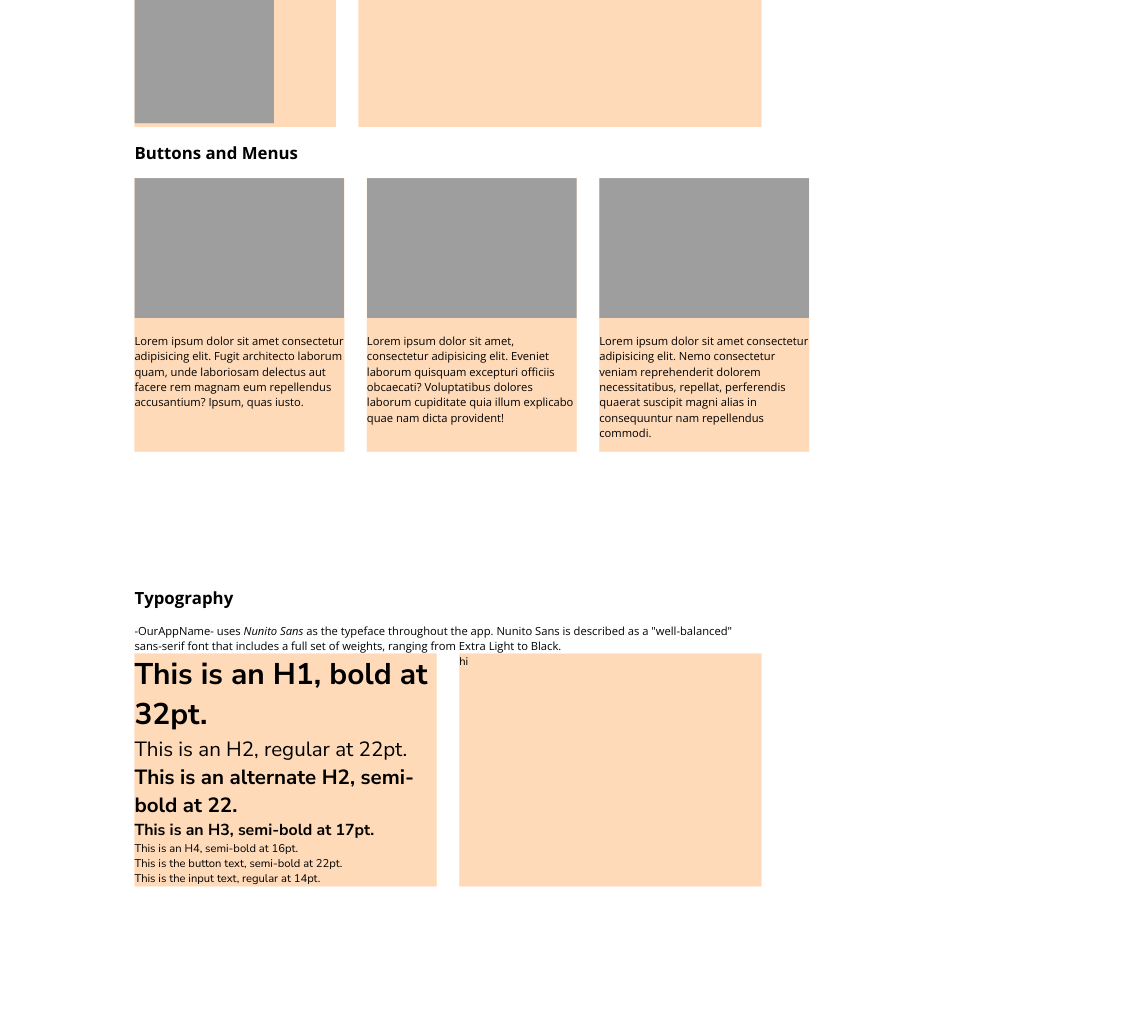
Repository: seohyun9672/Timearth-A6Styleguide
Page: page2.html
An editor plug-in stored every save of this project. The page is shown before and after a run of saves, followed by the edit.
The browser window is 1280 px wide. The page is 1632 px wide, so the pictures cover 1632 px, including what lies to the right of the window. The pictures show the part of the page from y = 979 to 2499 px (the page is 2437 px tall before and 2499 px after), at 70% of full size.
Pictures or frames that could not be fetched are drawn as grey boxes.

Above is the page before, as saved 2022-03-20 19:49:43.

### page2.html
<!DOCTYPE html>
<html lang="en">
  <head>
    <meta charset="UTF-8" />
    <meta http-equiv="X-UA-Compatible" content="IE=edge" />
    <meta name="viewport" content="width=device-width, initial-scale=1.0" />
    <title>Document</title>
    <link rel="stylesheet" href="stylesheet.css" />
  </head>

  <body>
    <ul class="navbar">
      <li><a href="/page1.html">App Name</a></li>
      <div class="navbar-active">
        <li><a href="/page1.html">Logo</a></li>
        <li><a href="/page2.html">Colour & Typography</a></li>
        <li><a href="/page3.html">Imagery & Graphics</a></li>
        <li><a href="/ref.html">Reference</a></li>
      </div>
    </ul>
    <section class="color-palette page2">
      <h1>Color Palette</h1>
      <img class="palette" src="https://placekitten.com/1440/100" />
      <div>
        <h2>Description of colour palette</h2>
        <p>
          Lorem ipsum dolor sit amet, consectetur adipisicing elit. Culpa neque
          mollitia quae asperiores ad odit vitae iste minima totam harum
          distinctio qui beatae ea ut et adipisci, excepturi at iusto
          reprehenderit reiciendis fugit fuga nisi. Eligendi ut magni adipisci
          nulla architecto reprehenderit? Nemo eos accusamus optio nobis
          distinctio veritatis eius.
        </p>
      </div>
      <div></div>
      <div class="col-2">
        <div class="col">
          <img src="https://placekitten.com/200/600" />
        </div>
        <div class="col">Lorem ipsum dolor sit amet consectetur adipisicing elit. Corrupti laudantium illo iure alias recusandae accusamus reiciendis consequatur aliquid sint veritatis modi dolores, eveniet porro tempore similique aspernatur. Quas, hic quo sed necessitatibus illum suscipit molestiae consequuntur sit provident nobis ullam repellat obcaecati ipsa quos in cumque mollitia eius ratione facilis ut libero laboriosam tempora eum sint! Nisi sapiente veritatis ad iure esse magni reprehenderit odio non perferendis, sed recusandae beatae corporis quasi ipsam assumenda unde!</div>
      </div>
      <h2>Buttons and Menus</h2>
      <div class="col-3">
        <div class="col">
          <img src="https://placekitten.com/300/200" />
          <p>
            Lorem ipsum dolor sit amet consectetur adipisicing elit. Fugit
            architecto laborum quam, unde laboriosam delectus aut facere rem
            magnam eum repellendus accusantium? Ipsum, quas iusto.
          </p>
        </div>
        <div class="col">
          <img src="https://placekitten.com/300/200" />
          <p>
            Lorem ipsum dolor sit amet, consectetur adipisicing elit. Eveniet
            laborum quisquam excepturi officiis obcaecati? Voluptatibus dolores
            laborum cupiditate quia illum explicabo quae nam dicta provident!
          </p>
        </div>
        <div class="col">
          <img src="https://placekitten.com/300/200" />
          <p>
            Lorem ipsum dolor sit amet consectetur adipisicing elit. Nemo
            consectetur veniam reprehenderit dolorem necessitatibus, repellat,
            perferendis quaerat suscipit magni alias in consequuntur nam
            repellendus commodi.
          </p>
        </div>
      </div>
    </section>
    <section class="typo page2">
      <h1>Typography</h1>
      <div>
        -OurAppName- uses <em>Nunito Sans</em> as the typeface throughout the
        app. Nunito Sans is described as a "well-balanced" sans-serif font that includes a full set of weights, ranging from Extra Light to Black.
      </div>
      <div class="col-2-half">
        <div class="col nunito">
            <div class="nh1">This is an H1, bold at 32pt.</div>

            <div class="nh2">This is an H2, regular at 22pt.</div>

            <div class="nh2-2">This is an alternate H2, semi-bold at 22.</div>

            <div class="nh3">This is an H3, semi-bold at 17pt.</div>

            <div class="nh4">This is an H4, semi-bold at 16pt.</div>

            <div class="nbtn">This is the button text, semi-bold at 22pt.</div>

            <div class="ninput">This is the input text, regular at 14pt.</div>
        </div>
        <div class="col nunito">hi</div>
      </div>
    </section>
  </body>
</html>

### stylesheet.css
/* import fonts */
@import url('https://fonts.googleapis.com/css2?family=Nunito+Sans:ital,wght@0,200;0,300;0,400;0,600;0,700;0,800;0,900;1,200;1,300;1,400;1,600;1,700;1,800;1,900&family=Open+Sans:ital,wght@0,300;0,400;0,500;0,600;0,700;0,800;1,300;1,400;1,500;1,600;1,700;1,800&display=swap');

body{
    margin: 0;
    font-family: 'open sans', san-serif;
  }

/* NAVBAR */

ul {
  list-style-type: none;
  margin: 0;
  padding: 0;
  overflow: hidden;
  background-color: #333;
}

li {
  float: left;
}

li a {
  display: block;
  color: white;
  text-align: center;
  padding: 14px 16px;
  text-decoration: none;
}

li a:hover {
  background-color: #111;
}

.navbar-active{
    float: right;
}

/* LOGO */

.section-logo {
    display: flex;
    flex-direction: column;
    justify-content: flex-start;
    align-items: center;
}

.logo-description {
    display: flex;
}
.logo-variation {
    display: flex;
    justify-content: space-evenly;
}

.logo-colourpalette {
    display: flex;
    width: 100%;
    justify-content: space-between;
}

.section-cont {
    width: 940px;
}
.colour-cont {
    display: flex;
    flex-direction: column;
}
.colour-name {
    font-weight: bold;
}

.logo-typography {
    display: flex;
}

.logo-usage {
    display: flex;
    flex-direction: column;
}

.logo-usage-desc {
    display: flex;
}

.section-cont colour {
    display: flex;
}

/* page 2 */

.page2 {
    margin:12em;
}
.col-3 {
    display:grid;
    grid-template-columns: 1fr 1fr 1fr;
    grid-gap:2em;
}
.col-2 {
    display:grid;
    grid-template-columns: 1fr 2fr;
    grid-gap:2em;
}
.col-2-half {
    display:grid;
    grid-template-columns: 1fr 1fr;
    grid-gap:2em;
}
.col {
    background-color:peachpuff;
}
.nunito {
    font-family: 'nunito sans', Arial, Helvetica, sans-serif;
}
.nh1 {
    font-weight: bold;
    font-size:32pt;
}
.nh2 {
    font-size:22pt;
}
.nh2-2 {
    font-size:22pt;
    font-weight:bolder;
}
.nh3 {
    font-size:17pt;
    font-weight:bolder;
}

After the next 2 saves:
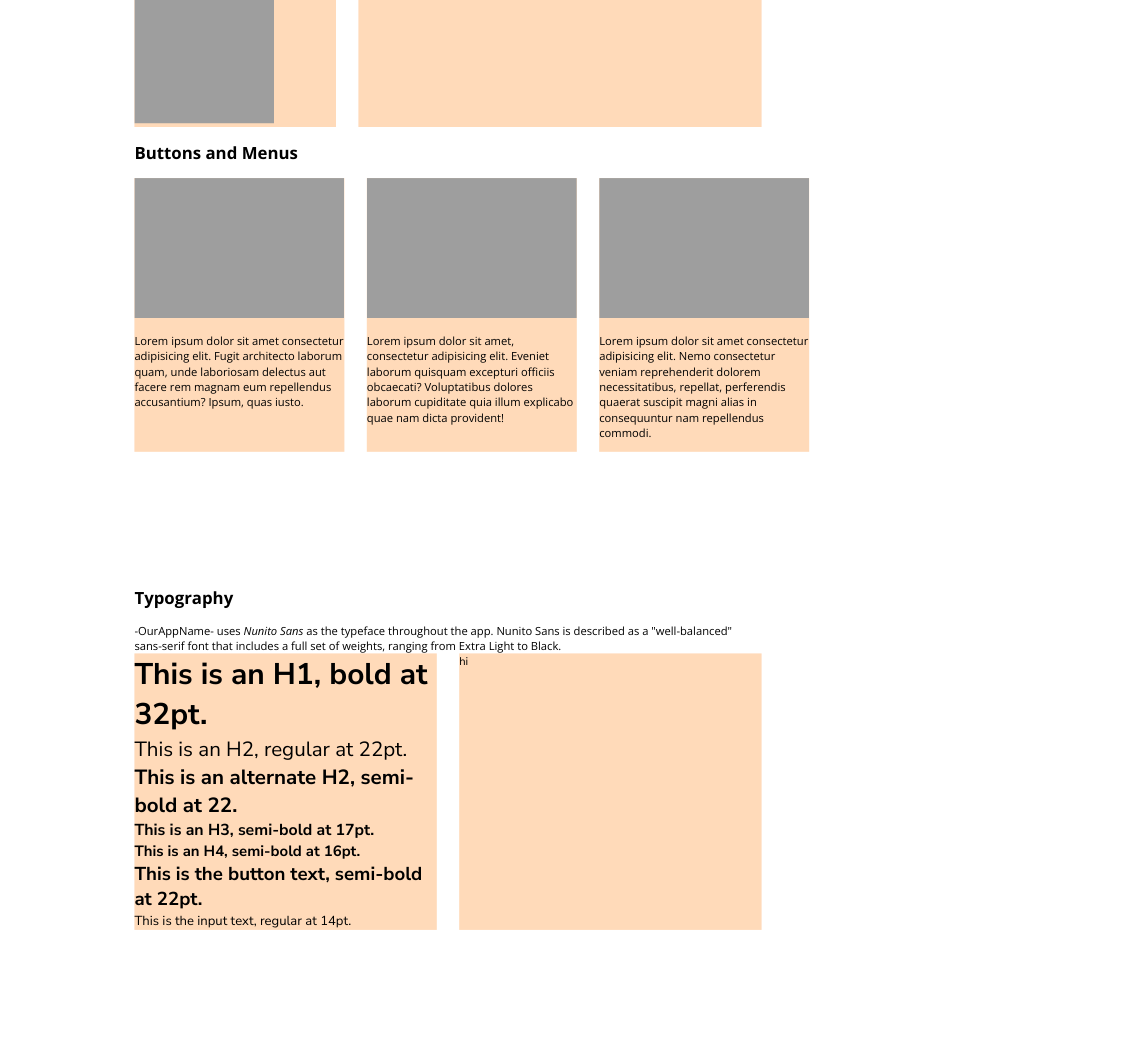
The 2 saves are shown as one change because they came seconds apart.
The last was saved 52 s later.
--- a/stylesheet.css
+++ b/stylesheet.css
@@ -128,3 +128,14 @@ li a:hover {
     font-size:17pt;
     font-weight:bolder;
 }
+.nh4 {
+    font-size:16pt;
+    font-weight:bolder;
+}
+.nbtn {
+    font-size:20pt;
+    font-weight:bolder;
+}
+.ninput {
+    font-size:14pt;
+}
